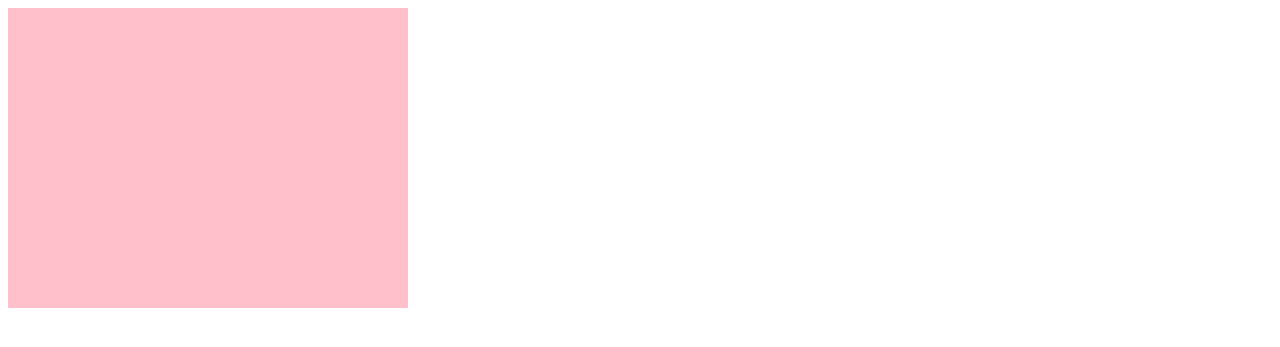
Repository: seleniadelgado/meda-spring2020-angie
Page: practice/css/week_4/grid.html
These files come from the project's save history. The page is drawn as it stood at one moment and after the next save; the edit follows.
The browser window is 1280 px wide. The pictures show the whole page.

Above is the page before, as saved 2020-02-13 12:38:21.

After the next save:
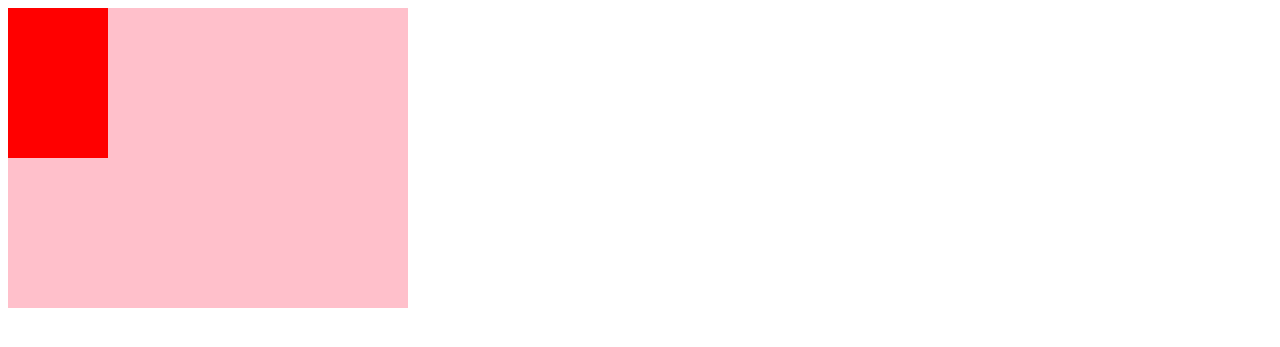
Saved 17 s later.
--- a/practice/css/week_4/grid.html
+++ b/practice/css/week_4/grid.html
@@ -12,6 +12,9 @@
         grid-template-columns: 100px 100px 150px 50px;
         grid-template-rows: 150px 150px;
     }
+    #box1 {
+        background-color: red;
+    }
 </style>
 </head>
 <body>
